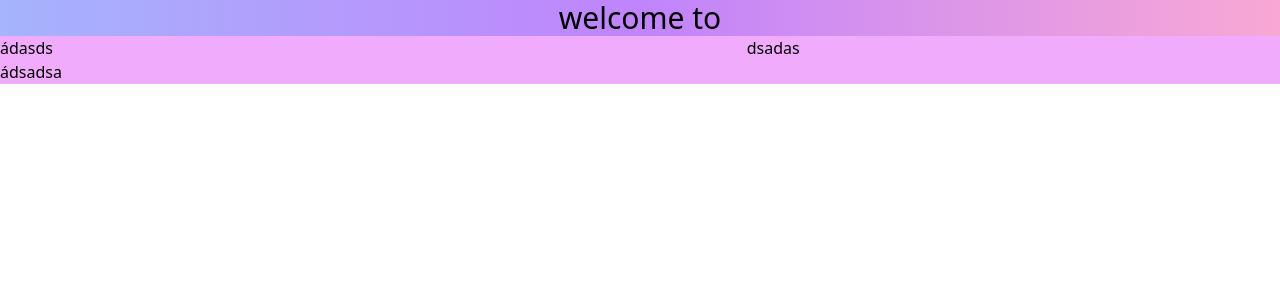
Repository: NguyenVietPhuQuy/ReactJs-TailWind-Redux-FunctionHook-ModelDesign
Page: / (app in modeldesign/)
An editor plug-in stored every save of this project. The page is shown before and after the next save, followed by the edit.
The browser window is 1280 px wide. The pictures show the whole page.
The project was rebuilt for these pictures with package versions that can differ from the ones it lists, and the page was loaded fresh each time. Also part of the build but not shown: modeldesign/src/App.css.

Above is the page before, as saved 2022-11-17 10:28:19.

After the next save:
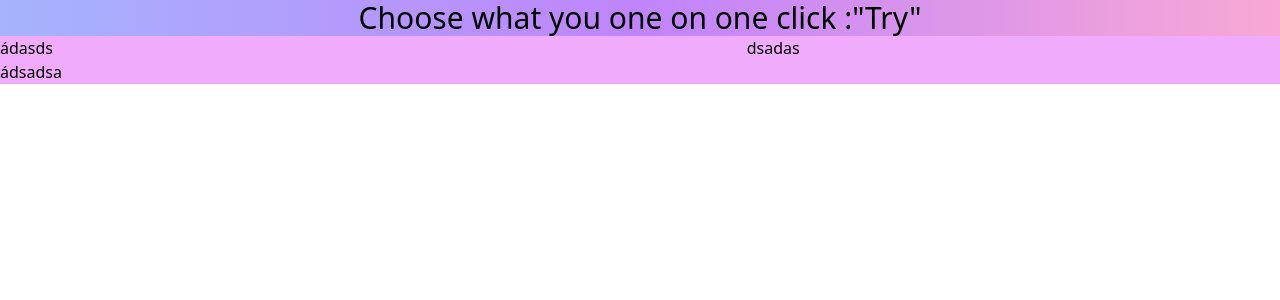
Saved 28 s later.
--- a/modeldesign/src/Components/Header.js
+++ b/modeldesign/src/Components/Header.js
@@ -2,7 +2,7 @@ import React from "react";
 function Header(){
     return (
         <div className="text-center text-3xl">
-            welcome to
+            Choose what you one on one click :"Try"
         </div>
     )
 }
